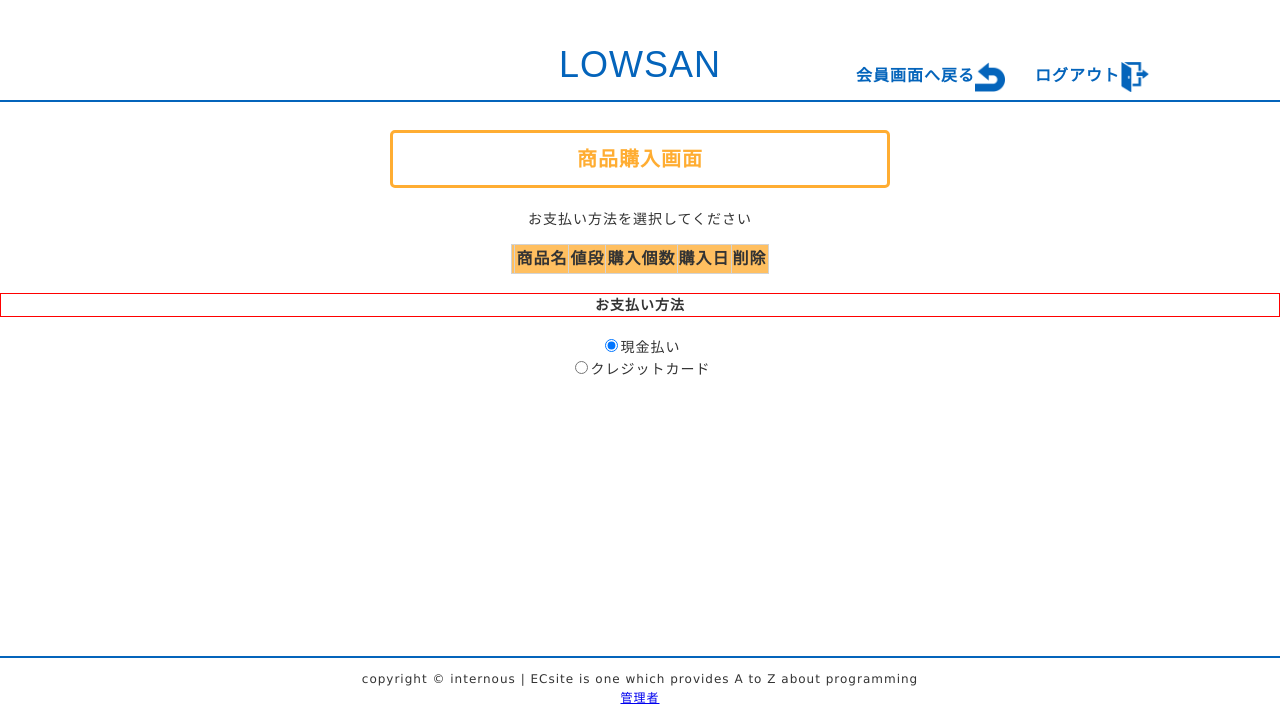
Repository: nishimura0212/myECsite
Page: http://localhost/ecsite/buyItem.jsp
These files come from the project's save history. The page is drawn as it stood at one moment and after the next save; the edit follows.
The browser window is 1280 px wide. The pictures show the whole page.
The page is served by Tomcat 9. Other server files are loaded and not shown.

Above is the page before, as saved 2019-01-02 14:36:03.

### ecsite/WebContent/buyItem.jsp
<%@ page language="java" contentType="text/html; charset=UTF-8"
    pageEncoding="UTF-8"%>
<%@ taglib prefix="s" uri="/struts-tags" %>
<!DOCTYPE html>
<html>
<head>
<meta http-equiv="Content-Type" content="text/html; charset=UTF-8"/>
<meta http-equiv="Content-Script-Type" content="text/javascript"/>
<meta http-equiv="imagetoolbar" content="no"/>
<meta name="description" content=""/>
<meta name="keywords" content=""/>
<title>商品購入画面</title>
<link rel="stylesheet" type="text/css" href="css/style.css">
</head>
<body>
	<div id="header">
		<p>LOWSAN</p>
		<div id="header-icon">
			<ul>
				<li class="icon">
					<a href="GoUserAction">
					会員画面へ戻る<img src="./img/icon/back.png" width="30px" height="30px">
					</a>
				</li>
				<li class="icon">
					<a href="LogoutAction">
					ログアウト<img src="./img/icon/logout.png" width="30px" height="30px">
					</a>
				</li>
			</ul>
		</div>
	</div>
	<div id="main">
		<div id="top">
			<p>商品購入画面</p>
		</div>
		<p class="comment">お支払い方法を選択してください</p>
		<table class="history-table">
			<tr>
				<th></th>
				<th>商品名</th>
				<th>値段</th>
				<th>購入個数</th>
				<th>購入日</th>
				<th>削除</th>
			</tr>
			<s:iterator value="cartList">
				<tr>
					<td class="td-img"><img
						src='<s:property value="itemImage"/>' class="buy-item-image"></td>
					<td><s:property value="item" /></td>
					<td><s:property value="totalPrice" /><span>円</span></td>
					<td><s:property value="totalCount" /><span>個</span></td>
					<td><s:property value="insert_date" /></td>
					<td><input type="checkbox" name="delete"
						value='<s:property value="id"/>' /></td>
				</tr>
			</s:iterator>
		</table>
		<div class="pay-method">
			<h4>お支払い方法</h4>
			<input type="radio" name="pay" value="1" checked="checked" class="radio">現金払い
			<br><input type="radio" name="pay"value="2" class="radio">クレジットカード
		</div>
	</div>
	<div id="footer">
		<p>copyright &copy; internous | ECsite is one which provides A to Z about programming<br/>
		<a href = '<s:url action="AdminAction"/>'>管理者</a></p>
	</div>
</body>
</html>

### ecsite/WebContent/css/style.css
@CHARSET "UTF-8";

/* bodyレイアウト */
body{
	margin: 0;
	padding: 0;
	height: 100%;
	height: auto;
	line-height: 1.6;
	letter-spacing: 1px;
	font-family: Verdana,Helvetica,sans-serif;
	font-size: 12px;
	color: #333;
	background: #fff;
}

/* headerレイアウト */
#header{
	position: fixed;
	left: 0;
	top: 0;
	z-index: 2;
	width: 100%;
	height: 100px;
	text-align: center;
	background-color: #fff;
	border-bottom: 2px solid #0464bb;
}
#header p{
	color: #0464bb;
	font-family: "メイリオ",sans-serif;
	font-size: 36px;
}
#header-icon{
	position: absolute;
	top: 50px;
	right: 100px;
}
#header-icon .icon{
	float: left;
	margin: 0 auto;
	margin-right: 30px;
	list-style-type: none;
	font-size: 16px;
	font-weight: bold;
}
#header-icon .icon img{
	clear: both;
	vertical-align: middle;
}
#header-icon .icon a{
	color: #0464bb;
	text-decoration:none;
}
.icon:hover{
	cursor: pointer;
}

/* mainレイアウト */
#main{
	position: relative;
	top: 110px;
	width: 100%;
	padding-bottom: 60px;
}

.waku{
	margin-top: 50px;
}

/* 見出しレイアウト */
#top{
	width: 500px;
	margin: 0px auto;
	margin-top: 10px;
	text-align: center;
}
#top p{
	font-size: 20px;
	font-weight: bold;
	border: 3px solid #FFAD32;
	border-radius: 5px;
	color: #FFAD32;
	background-color: #fff;
	padding: 10px 0px;
}

/* tableレイアウト */
.table{
	margin: 0 auto;
	width: 800px;
	font-size: 24px;
	padding: 40px 30px 50px 20px;
	background-color: #FFFDEB;
	color: #FFAD32;
	border-radius: 10px;
}

/* ログイン画面 */
.textarea{
	width: 100%;
	height: 30px;
	font-size: 22px;
	padding-left: 1%;
	border-radius: 15px;
}
input[type="text"]:focus {
	border: 2px solid #FFD493;
	outline: 0;
}
input[type="password"]:focus {
	border: 2px solid #FFD493;
	outline: 0;
}
.error{
	margin: 0 auto;
	width: 500px;
	text-align: center;
}
.error p{
	color: #FF5151;
	font-size: 14px;
}
.single{
	margin-top: 20px;
	text-align: center;
	padding: 20px;
}
.single_btn{
	width: 100px;
	height: 40px;
	padding: 5px;
	background-color: #FFAD32;
	font-size: 12px;
	font-weight: bold;
	color: white;
	border-color: none;
	border-radius: 20px;
}
.single_btn:hover{
	background-color: #F99500;
	cursor: pointer;
}

/* 会員画面 */
.comment{
	text-align: center;
	font-size: 14px;
}
.main-text{
	text-align: center;
	margin-top: 10px;
}
.userButton{
	margin-top: 20px;
	width: 300px;
	height: 100px;
	color: #FFFDEB;
	font-size: 24px;
	background-color: #FFAD32;
	border-radius: 20px;
}
.userButton:hover{
	cursor: pointer;
	background-color: #F99500;
}

/* カテゴリ選択画面 */
.categoryBox{
	margin: 0 auto;
	margin-top: 30px;
	width: 600px;
	text-align: center;
}
.category{
	margin: 0 auto;
	display: inline-block;
	text-align: center;
}
.categoryCircle{
	margin: 0 auto;
	float: left;
}
.circle{
	width: 200px;
	height: 200px;
	margin: 0px 20px 10px 20px;
	border-radius: 50%;
	font-size: 30px;
	border: 5px solid #FFBF60;
	background-color: #FFFDEB;
}
.circle:hover{
	background-color: #FFBF60;
	color: #FFFDEB;
	border: none;
	cursor: pointer;
}
#empty{
	clear: both;
}

/* 商品選択画面 */
.item-wrap{
	width: 700px;
	margin: 30px auto;
	height: 100%;
	padding-bottom: 60px;
}
.itemBox{
	width: 300px;
	height: 250px;
	text-align: center;
	border: 2px dotted gray;
	margin: 20px 20px 20px 20px;
	background-color: #f9fcb6;
}
.itemBox img{
	width: 250px;
	height: 250px;
}
.itemName{
	margin: 0;
	font-size: 15px;
}
.flex-container{
	display: inline-flex;
}

/* 商品購入画面 */
.containerA{
	margin: 0 auto;
	margin-top: 20px;
	margin-right: 50px;
	text-align: center;
}
.left{
	width: 300px;
	height: 300px;
}
.left img{
	width: 100%;
}
.right{
	height: 300px;
	font-size: 20px;
	margin-top: 30px;
	border-collapse: collapse;
}
.td-left{
	text-align: center;
	background-color: #FFBF60;
	border: 1px solid lightgray;
}
.td-right{
	text-align: left;
	padding: 0px 10px;
	border: 1px solid lightgray;
}
.td-submit{
	background-color: #fff;
}
.select{
	width: 50px;
	font-size: 20px;
}
.select:hover{
	cursor: pointer;
}
.block{
	width: 100px;
	display: block;
}

/* 商品購入確認画面 */
.containerB{
	margin: 0 auto;
	margin-left: 150px;
	text-align: center;
}
.button{
	position: relative;
	top: 350px;
	right: 210px;
}
.gray_btn{
	width: 100px;
	height: 40px;
	padding: 5px;
	background-color: #808080;
	font-size: 12px;
	font-weight: bold;
	color: white;
	border-color: none;
	border-radius: 20px;
}
.gray_btn:hover{
	background-color: #666666;
	cursor: pointer;
}

/* 商品購入完了画面 */
.center{
	width: 400px;
	margin: 0 auto;
	margin-top: 50px;
}
.comment p{
	height: 50px;
	line-height: 50px;
	font-size: 16px;
	border: 2px solid gray;
	border-radius: 5px;
}

/* 商品購入履歴画面 */
.history-table{
	margin:0 auto;
	font-size: 16px;
	border-collapse: collapse;
	border: 1px solid lightgray;
	text-align: center;
}
.history-table th{
	border: 1px solid lightgray;
}
.history-table td,.td-img{
	border: 1px solid lightgray;
}
.history-table tr:first-child{
	background-color: #FFBF60;
}
.td-img img{
	width: 100px;
	height: 100px;
}

/* 商品購入画面 */
.pay-method{
	text-align: center;
	font-size: 14px;
}
.pay-method h4{
	border: 1px solid red;
}






.buy-item-button{
	margin: 20px;
	width: 100px;
	height: 50px;
	background-color: #eee;
	border-radius: 20%;
}
.buy-item-button:hover{
	cursor: pointer;
	background-color: #f9fcb6;
}
.pointer:hover{
	cursor: pointer;
}
.button1{
	margin: 0 20px auto;
	float: left;
}
.submit{
	width: 300px;
	height: 400px;
	border-radius: 10%;
	background-color: #f8f8f8;
	font-size: 30px;
}
.submit:hover{
	box-shadow: none;
	background-color: #ffff80;
	cursor: pointer;
}
#text-link{
	display: inline-block;
	text-align: right;
}
#text-right{
	display: inline-block;
	text-align: right;
}
.text-right{
	display: inline-block;
	margin-left: 4%;
}
#wrap{
	margin: 0 40% auto;
}
#left{
	float: left;
	width: 50%;
}
#right{
	float: left;
	width: 50%;
}
.text-center{
	display: inline-block;
	text-align: center;
}
#text{
	clear: left;
	padding-top: 20px;
	width: 780px;
	margin: 30px auto;
}
.text{
	text-align: center;
}
#list{
	border: 2px dotted gray;
	width: 500px;
	height: 100px;
	background-color: lightyellow;
	margin: 30px auto;
}
#list ul li{
	display: inline-block;
	list-style-type: none;
	margin-right: 2em;
}
#button{
	display: inline-block;
	text-align: center;
}
#empty{
	clear: both;
}
.button{
	margin: 0 auto;
	float: left;
	margin-right: 10px;
}
.button:hover{
	cursor: pointer;
}
.category_button{
	margin: 0 auto;
	float: left;
}
.item{
	width: 200px;
	height: 200px;
	margin: 0px 20px 10px 20px;
	border-radius: 50%;
	font-size: 30px;
}





/* footerレイアウト */
#footer{
	clear: both;
	position: fixed;
	left: 0;
	bottom: 0;
	z-index: 2;
	width: 100%;
	background-color: #fff;
	border-top: 2px solid #0464bb;
}
#footer p{
	text-align: center;
}

After the next save:
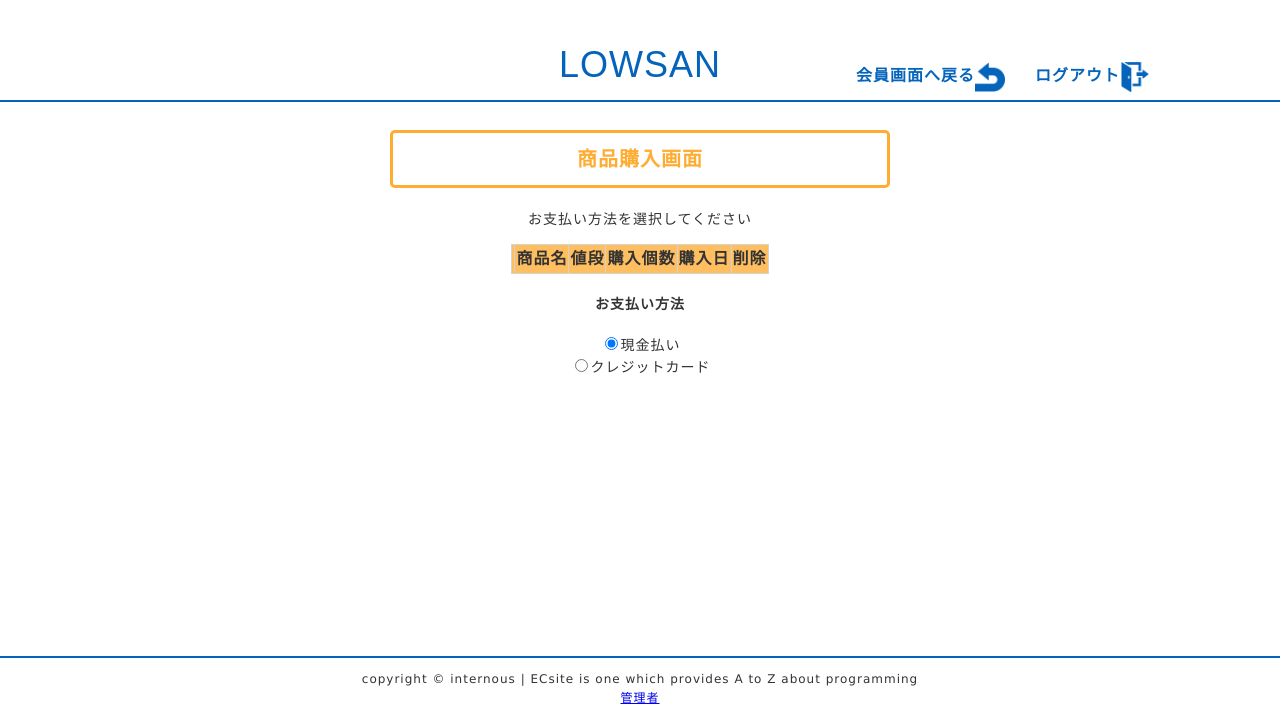
Saved 19 s later.
--- a/ecsite/WebContent/css/style.css
+++ b/ecsite/WebContent/css/style.css
@@ -339,9 +339,7 @@ input[type="password"]:focus {
 .pay-method{
 	text-align: center;
 	font-size: 14px;
-}
-.pay-method h4{
-	border: 1px solid red;
+	padding-bottom: 60px;
 }
 
 
